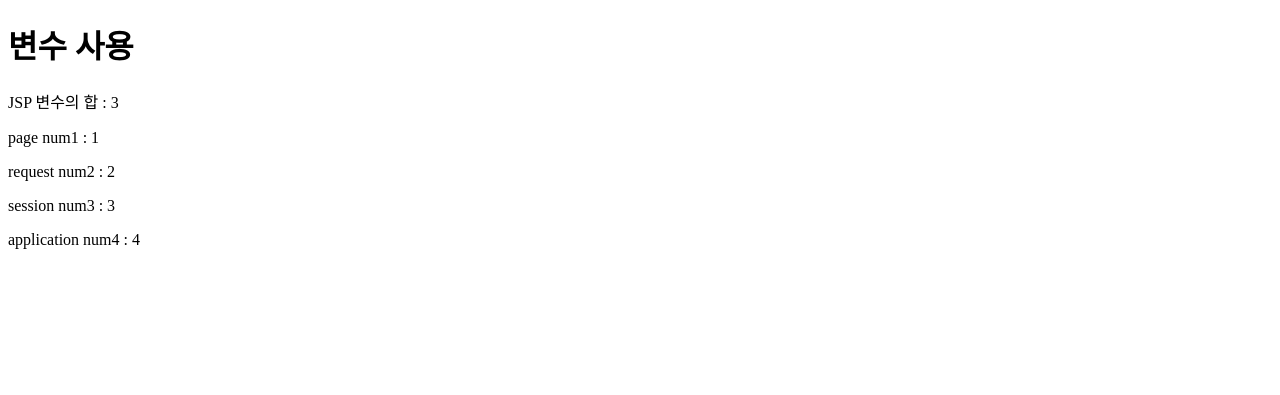
Repository: dnwpdud/WEB_CODES
Page: http://localhost/Web07_EL_JSTL/01_Expression_Language/01_basic.jsp
An editor plug-in stored every save of this project. The page is shown before and after the next save, followed by the edit.
The browser window is 1280 px wide. The pictures show the whole page.
The page is served by Tomcat 9.

Above is the page before, as saved 2024-04-05 07:03:53.

After the next save:
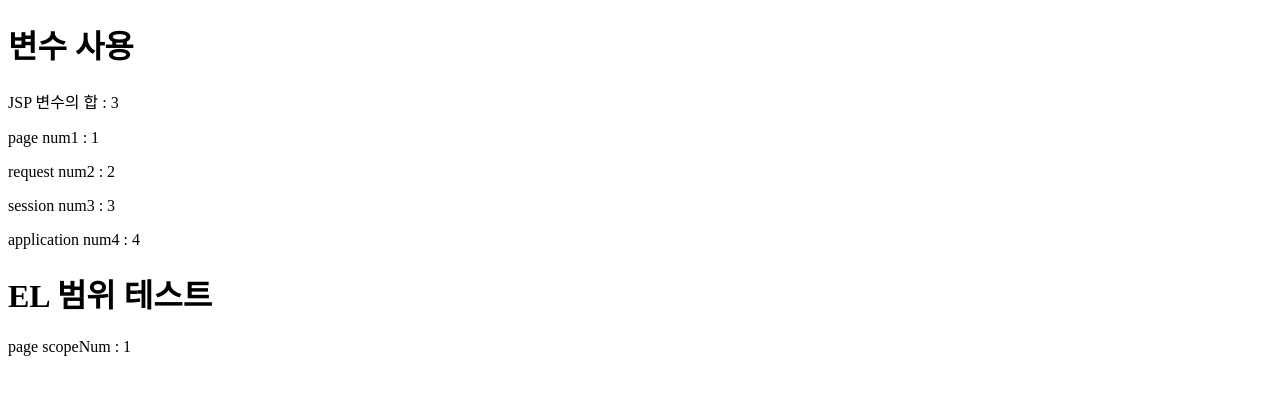
Saved 73 s later.
--- a/Web07_EL_JSTL/src/main/webapp/01_Expression_Language/01_basic.jsp
+++ b/Web07_EL_JSTL/src/main/webapp/01_Expression_Language/01_basic.jsp
@@ -60,5 +60,7 @@
 	 <p>session num3 :  ${num3 }</p><%-- session.getAttribute("num3") --%>
 	 <p>application num4 : ${num4 }</p><%-- application.getAttribute("num4") --%>
 
+	 <h1>EL 범위 테스트</h1>
+	 <p>page scopeNum : ${scopeNum }</p>
 </body>
 </html>
